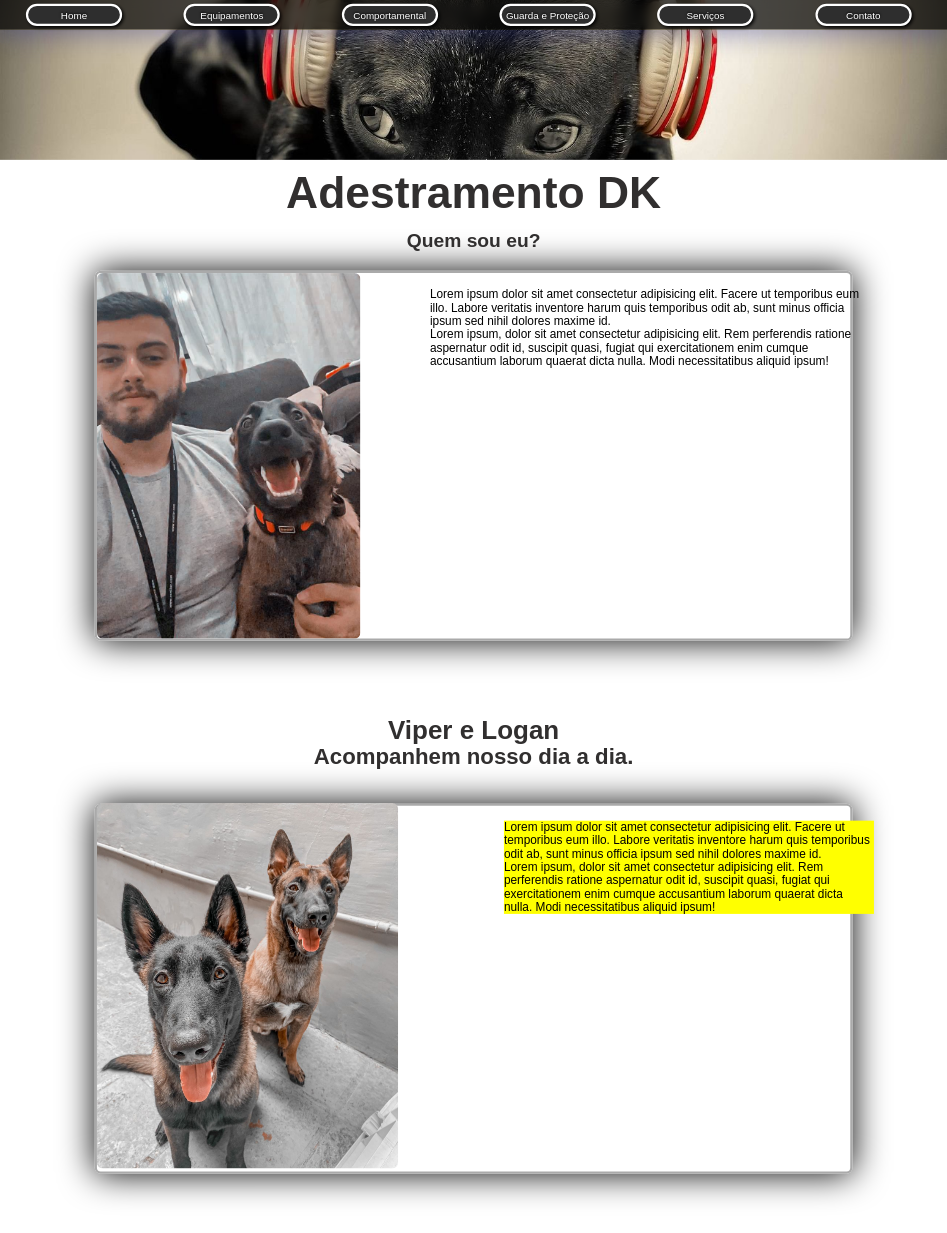
Repository: KevynMarques/Blog-React-StyledComponent
Page: /
An editor plug-in stored every save of this project. The page is shown before and after a run of saves, followed by the edit.
The browser window is 1280 px wide. The pictures show the whole page, at 74% of full size.
The project was rebuilt for these pictures with package versions that can differ from the ones it lists, and the page was loaded fresh each time.

Above is the page before, as saved 2022-02-01 19:10:29.

After the next 2 saves:
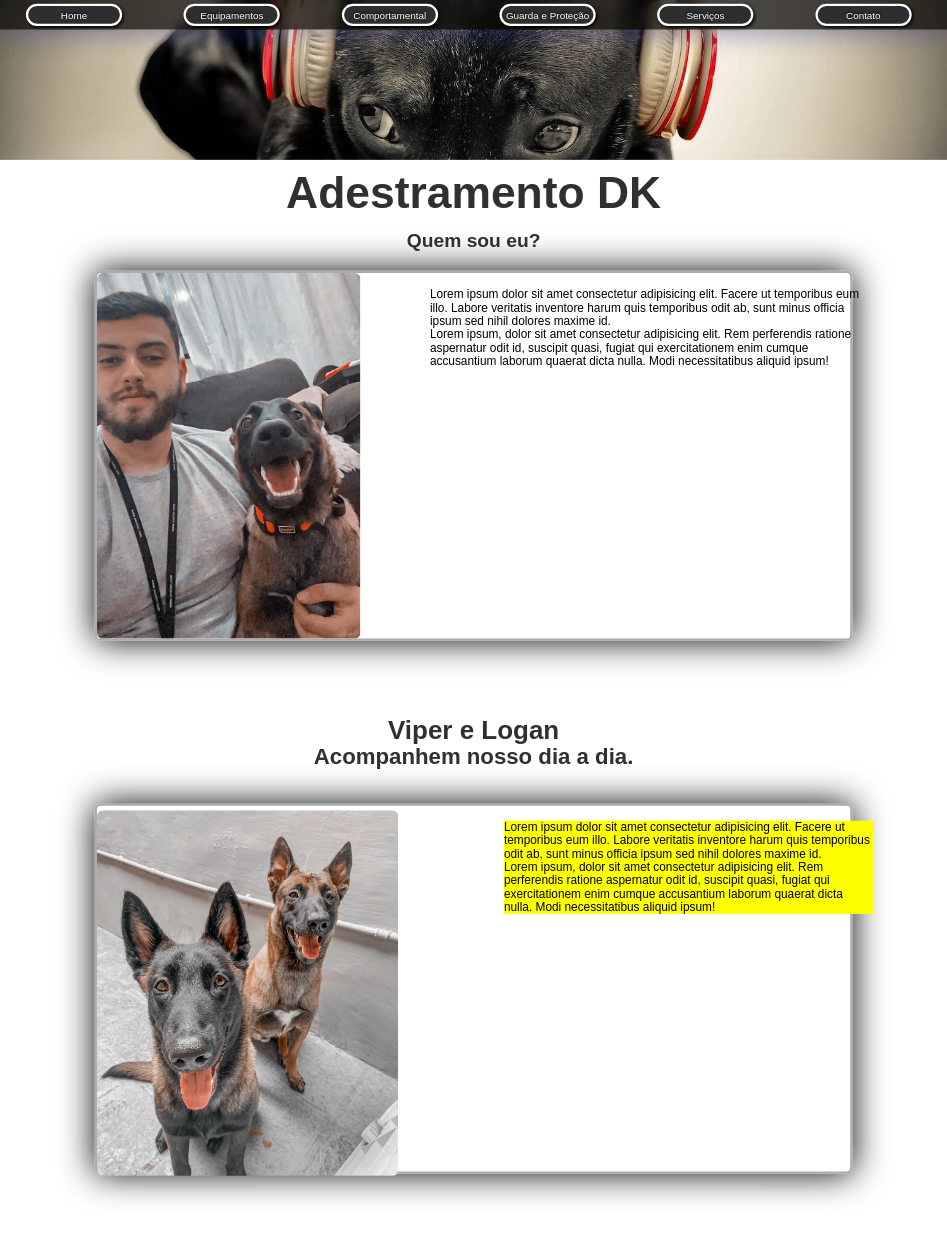
The 2 saves are shown as one change because they came seconds apart.
The last was saved 8 s later.
--- a/src/Components/Sobre/style.jsx
+++ b/src/Components/Sobre/style.jsx
@@ -59,7 +59,7 @@
   div {
     width: 40%;
     height:494px;
-  margin-top: -150px;
+    margin-top: -140px;
   }
 
   img {

After the save that followed:
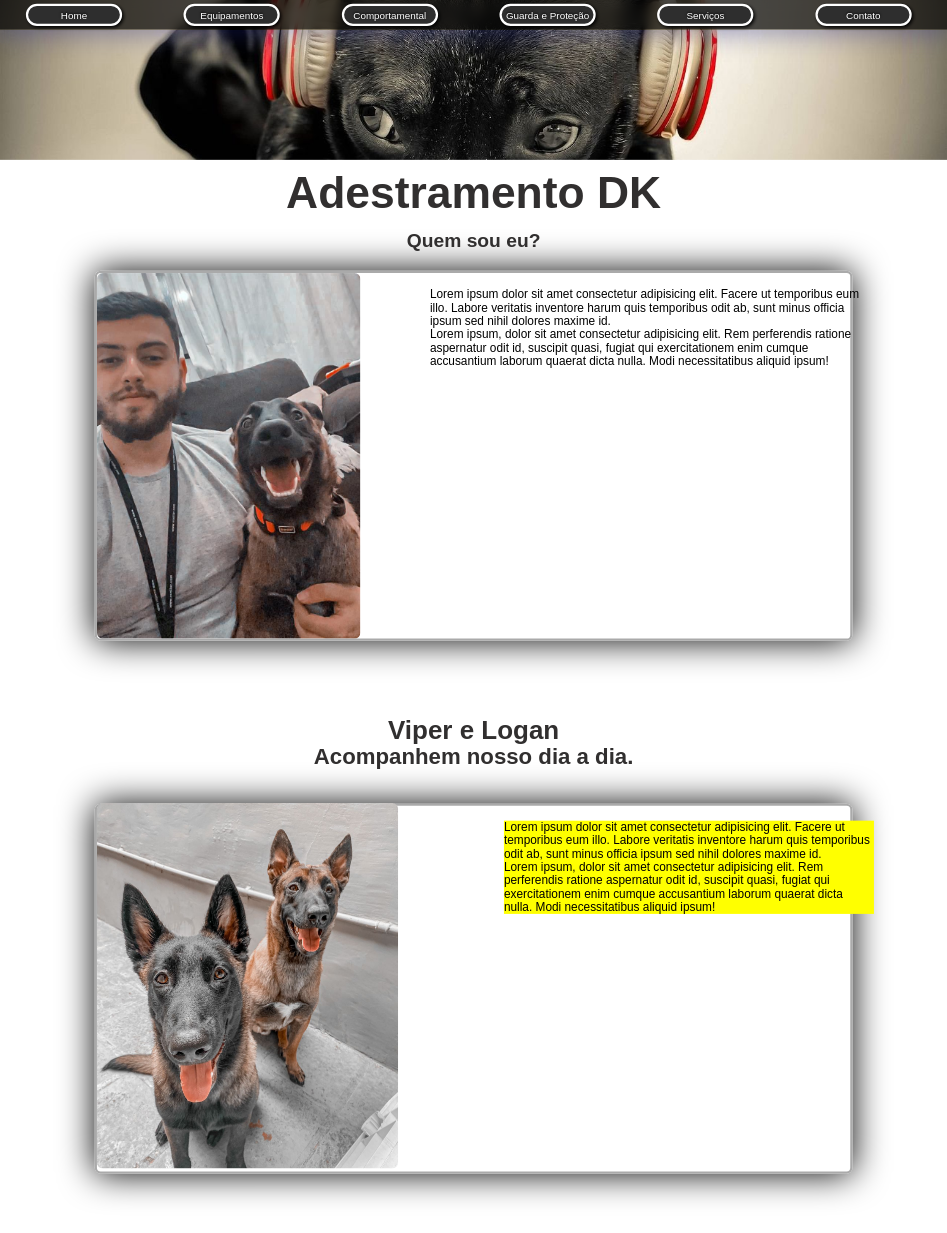
Saved 4 s later.
--- a/src/Components/Sobre/style.jsx
+++ b/src/Components/Sobre/style.jsx
@@ -59,7 +59,7 @@
   div {
     width: 40%;
     height:494px;
-    margin-top: -140px;
+    margin-top: -150px;
   }
 
   img {
